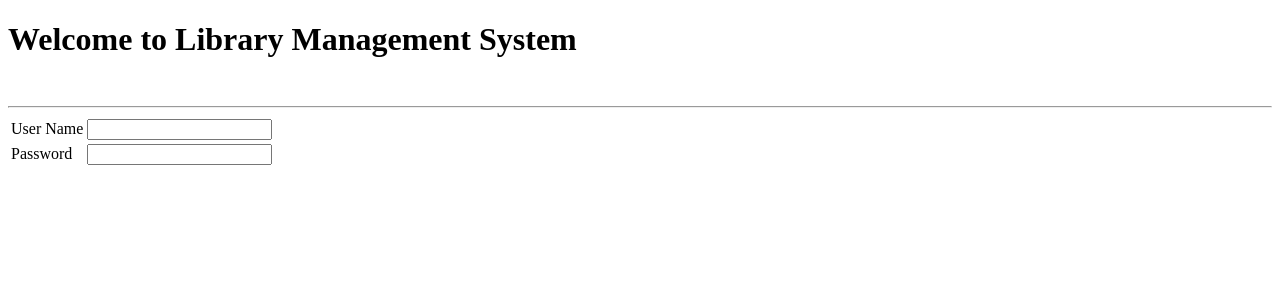
Repository: paragpatidar/LibraryManagementSystem
Page: http://localhost/LibraryManagementSystemSpring/
An editor plug-in stored every save of this project. The page is shown before and after the next save, followed by the edit.
The browser window is 1280 px wide. The pictures show the whole page.
The page is served by Tomcat 9. Nobody is signed in. The application's start-up code is not run.

Above is the page before, as saved 2017-11-08 04:15:19.

After the next save:
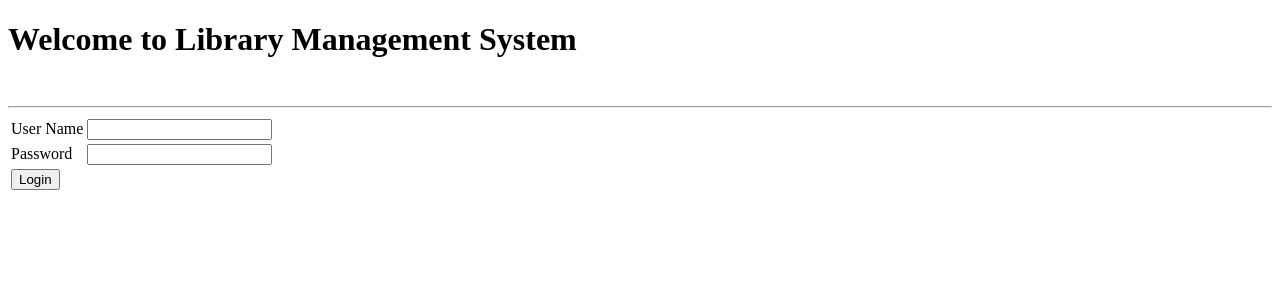
Saved 68 s later.
--- a/LibraryManagementSystemSpring/WebContent/index.jsp
+++ b/LibraryManagementSystemSpring/WebContent/index.jsp
@@ -20,9 +20,10 @@
 				<td>Password</td>
 				<td><input type="password" name="password"></td>
 			</tr>
-
+			<tr>
+				<td colspan="2"><input type="submit" name="submit" value="Login"></td>
+			</tr>
 		</table>
-
 	</form>
 </body>
 </html>
